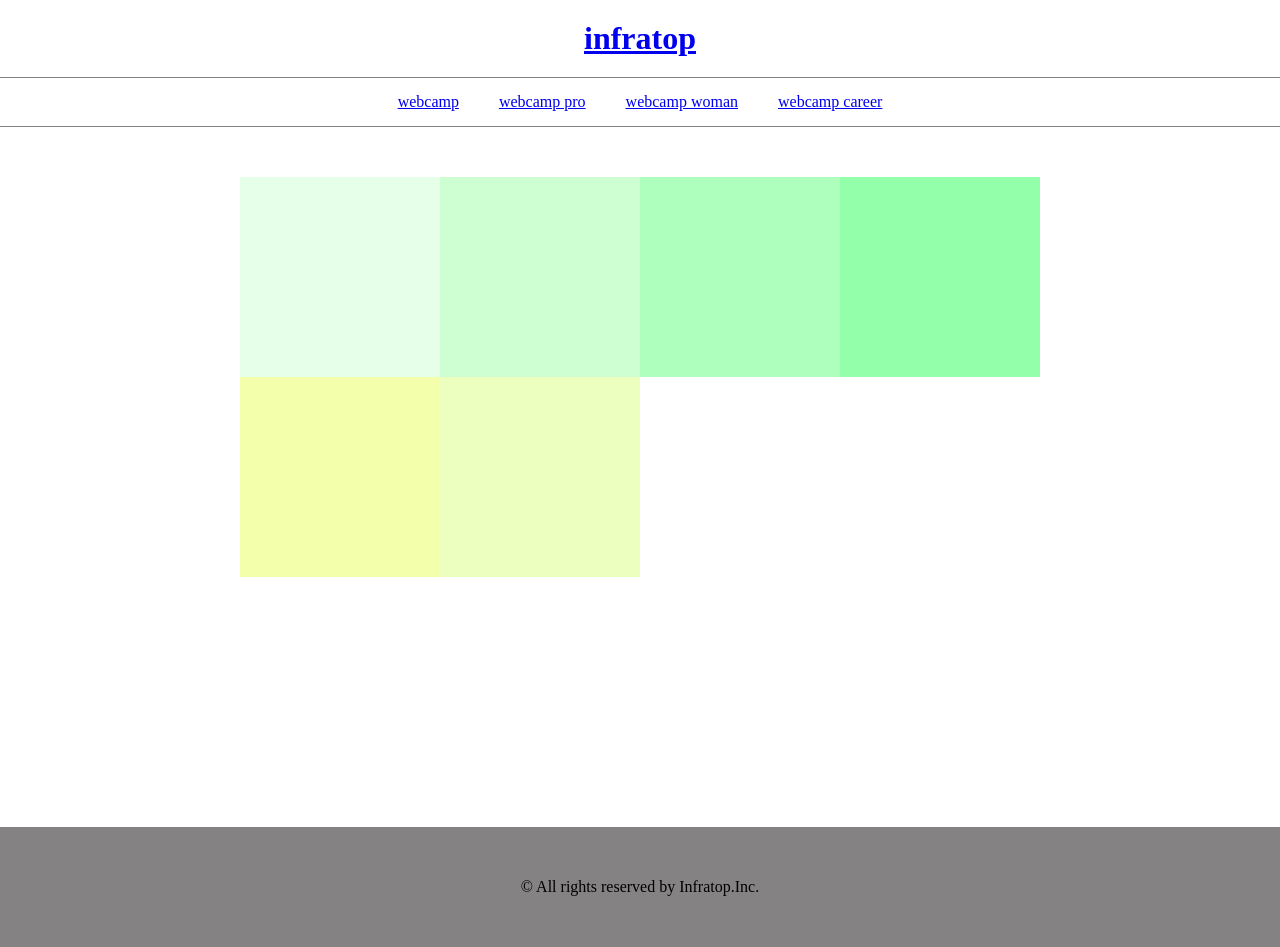
Repository: Yuya0829/HTML
Page: exercise/exercise5.html
The author's editor kept a record of every edit. The page is drawn from the files as they stood at one moment, then again after the next edit.
The browser window is 1280 px wide. The pictures show the whole page.

Above is the page before.

After the next edit:
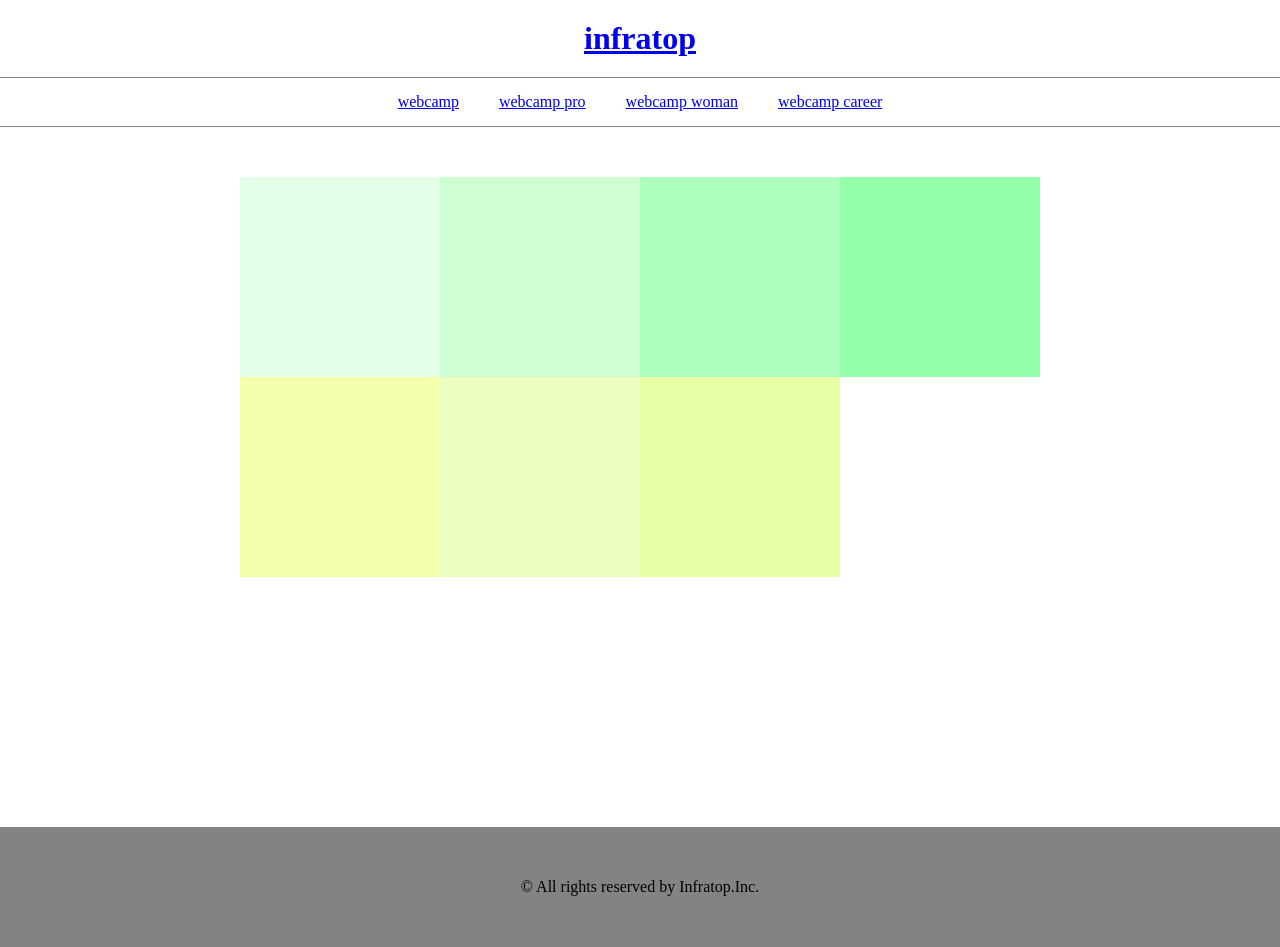
The edit:
--- a/exercise/exercise5.css
+++ b/exercise/exercise5.css
@@ -71,7 +71,7 @@
 .box7 {
   width: 200px;
   height: 200px;
-  background-color: #;
+  background-color: #e9ffa5;
 }
 
 .box8 {
